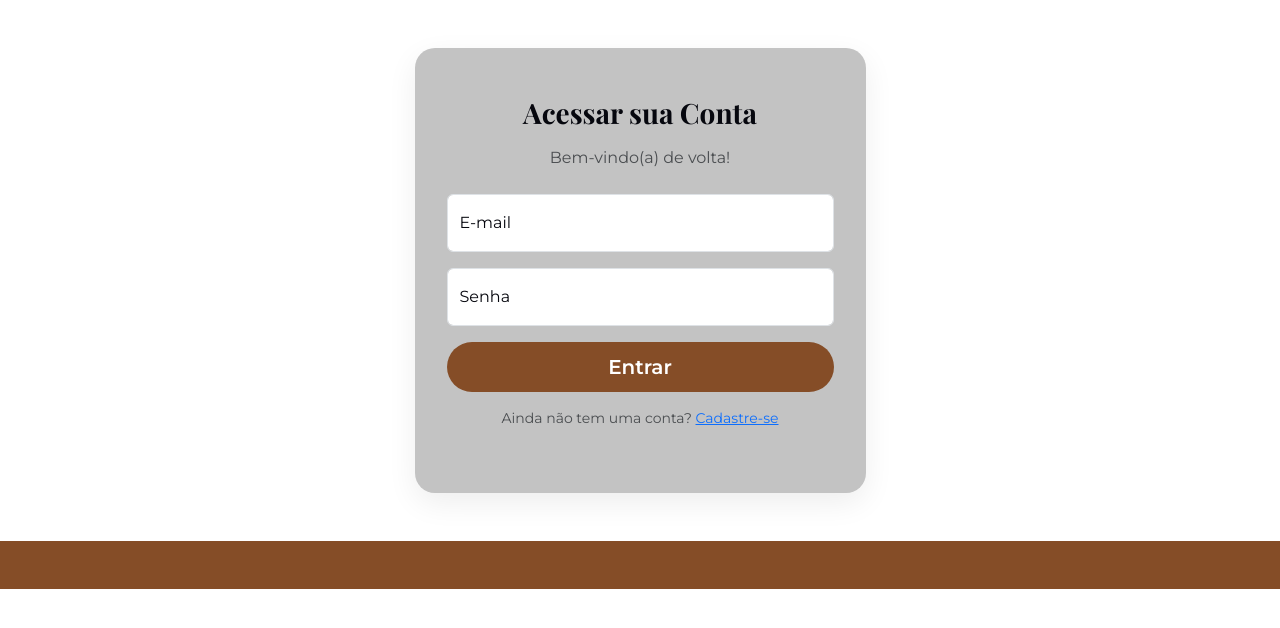
Repository: Lucascsg/projeto-anasouza-frontend
Page: login.html
An editor plug-in stored every save of this project. The page is shown before and after the next save, followed by the edit.
The browser window is 1280 px wide. The pictures show the whole page.

Above is the page before, as saved 2025-10-21 22:18:32.

### login.html
<!DOCTYPE html>
<html lang="pt-br">
<head>
    <meta charset="UTF-8">
    <meta name="viewport" content="width=device-width, initial-scale=1.0">
    <title>Login - Ana Souza</title>
    <link href="https://cdn.jsdelivr.net/npm/bootstrap@5.3.2/dist/css/bootstrap.min.css" rel="stylesheet">
    <link rel="stylesheet" href="css/style.css">
    <link rel="stylesheet" href="https://cdn.jsdelivr.net/npm/bootstrap-icons@1.11.1/font/bootstrap-icons.css">
    <link rel="preconnect" href="https://fonts.googleapis.com">
    <link rel="preconnect" href="https://fonts.gstatic.com" crossorigin>
    <link href="https://fonts.googleapis.com/css2?family=Montserrat:wght@400;500;600&family=Playfair+Display:wght@700&family=Great+Vibes&display=swap" rel="stylesheet">
</head>
<body class="bg-white-page">

    <header>
        </header>

    <main class="container my-5">
        <div class="row justify-content-center">
            <div class="col-lg-5 col-md-8">
                <div class="form-container section-card">
                    <div class="text-center mb-4">
                        <h1 class="h3 mb-3 fw-bold">Acessar sua Conta</h1>
                        <p class="text-muted">Bem-vindo(a) de volta!</p>
                    </div>
                    <form id="login-form">
                        <div class="form-floating mb-3">
                            <input type="email" class="form-control" id="email" placeholder="nome@exemplo.com" required>
                            <label for="email">E-mail</label>
                        </div>
                        <div class="form-floating mb-3">
                            <input type="password" class="form-control" id="senha" placeholder="Senha" required>
                            <label for="senha">Senha</label>
                        </div>
                        <div class="d-grid mb-3">
                            <button class="btn btn-custom-primary btn-lg" type="submit">Entrar</button>
                        </div>
                        <p class="text-center text-muted small">
                            Ainda não tem uma conta? <a href="cadastro.html">Cadastre-se</a>
                        </p>
                    </form>
                </div>
            </div>
        </div>
    </main>

    <footer class="py-4 footer-custom">
        </footer>

    <script src="https://cdn.jsdelivr.net/npm/bootstrap@5.3.2/dist/js/bootstrap.bundle.min.js"></script>
    </body>
</html>

### css/style.css
/* =================================== */
/* VARIÁVEIS GLOBAIS E ESTILOS BASE    */
/* =================================== */
:root {
    /* Sua paleta de cores (mantive suas últimas alterações) */
    --cor-base-escura: #854D27;
    --cor-acao-vibrante: #854D27;
    --cor-detalhe-quente: #29524A;
    --cor-texto-escuro: #06070E;

    /* Cores Neutras e de Fundo */
    --cor-fundo-claro: #F8F5F2;
    --cor-texto-claro: #FFFFFF;
}

body {
    font-family: 'Montserrat', sans-serif;
    background-color: #B16262;
    color: var(--cor-texto-escuro);
}

/* Estilo para páginas com fundo branco específico */
body.bg-white-page {
    background-color: #FFFFFF;
}

h1, h2, h3, h4, h5, h6 {
    font-family: 'Playfair Display', serif;
    color: var(--cor-detalhe-quente);
}

/* =================================== */
/* ESTILOS DA BARRA DE NAVEGAÇÃO       */
/* =================================== */
.navbar-custom {
    background-color: var(--cor-base-escura);
}
/* ... (O resto dos estilos da navbar e do logo permanecem como você enviou) ... */
.navbar-brand.logo-text {
    display: flex;
    flex-direction: column;
    justify-content: center;
    padding: 0;
    position: relative;
    top: 2px;
}
.navbar-brand div {
    font-family: 'Great Vibes', cursive;
    font-size: 2.2rem;
    color: #FFD972 !important;
    line-height: 1;
    font-weight: normal;
}
.navbar-brand .logo-subtitle {
    font-family: 'Montserrat', sans-serif;
    font-size: 0.6rem;
    text-transform: uppercase;
    letter-spacing: 0.1em;
    display: block;
    opacity: 0.9;
    color: #FFD972;
    margin-top: -5px;
}
/* ... (outros estilos da navbar que você enviou) ... */
.navbar-custom .navbar-brand img {
    height: 40px;
}
.navbar-custom .nav-link {
    color: var(--cor-texto-claro);
    font-weight: 500;
    text-transform: uppercase;
    font-size: 0.9rem;
    padding: 0.5rem 1rem;
    transition: opacity 0.3s;
}
.navbar-custom .nav-link:hover {
    opacity: 0.8;
}
.navbar-icons a {
    color: var(--cor-texto-claro);
    font-size: 1.2rem;
    transition: opacity 0.3s;
}
.navbar-icons a:hover {
    opacity: 0.8;
}


/* =================================== */
/* ESTILOS DA SEÇÃO HERO (IMAGEM)      */
/* =================================== */
#hero {
    position: relative;
    height: 90vh;
    width: 100%;
    display: flex;
    align-items: center;
    justify-content: center;

    /* --- ATUALIZAÇÃO PARA IMAGEM DE FUNDO --- */
    background: url('../imagens/hero-background.jpg') no-repeat center center/cover;
}

#hero::after {
    content: '';
    position: absolute;
    top: 0;
    left: 0;
    width: 100%;
    height: 100%;
    background: rgba(0, 0, 0, 0.6);
    z-index: 1;
}

#hero .hero-content {
    position: relative;
    z-index: 2;
}

#hero .hero-content h1 {
    font-weight: 700;
    color: var(--cor-texto-claro);
}

#hero .hero-content .btn {
    border-radius: 50px;
    padding: 12px 30px;
    font-weight: 600;
}


/* ... (O resto do seu CSS continua exatamente como você enviou) ... */

/* =================================== */
/* ESTILOS GERAIS DAS SEÇÕES           */
/* =================================== */
section h2 {
    color: var(--cor-detalhe-quente);
    margin-bottom: 1rem;
}

/* =================================== */
/* ESTILOS DA SEÇÃO DE PRODUTOS        */
/* =================================== */
.product-card {
    border: none;
    border-radius: 15px;
    box-shadow: 0 4px 15px rgba(0, 0, 0, 0.08);
    transition: all 0.3s ease-in-out;
}
.product-card:hover {
    transform: translateY(-8px);
    box-shadow: 0 8px 25px rgba(0, 0, 0, 0.12);
}
.product-card .card-title {
    color: var(--cor-texto-escuro);
    font-weight: 600;
}
.product-card .btn {
    border-radius: 50px;
    padding: 8px 25px;
    font-weight: 500;
    border-color: var(--cor-base-escura);
    color: var(--cor-base-escura);
}
.product-card .btn:hover {
    background-color: var(--cor-base-escura);
    color: white;
}

/* =================================== */
/* ESTILOS DA SEÇÃO DE BLOG            */
/* =================================== */
.btn-custom-primary {
    background-color: var(--cor-acao-vibrante);
    color: white;
    border: none;
    border-radius: 50px;
    padding: 10px 30px;
    font-weight: 600;
    transition: all 0.3s;
}
.btn-custom-primary:hover {
    background-color: var(--cor-acao-vibrante);
    color: white;
    opacity: 0.9;
    transform: translateY(-2px);
}
#blog img {
    border-radius: 15px;
}

/* =================================== */
/* ESTILOS DO RODAPÉ (FOOTER)          */
/* =================================== */
.footer-custom {
    background-color: var(--cor-base-escura);
}
.footer-custom a {
    text-decoration: none;
    transition: opacity 0.3s;
}
.footer-custom a:hover {
    opacity: 0.8;
}

/* =================================== */
/* ESTILO DE SEÇÃO EM FORMATO DE CARD  */
/* =================================== */

.section-card {
    background-color: #c3c3c3; /* Fundo branco para o card */
    padding: 3rem 2rem;        /* Espaçamento interno generoso */
    border-radius: 20px;       /* As pontas curvadas que você pediu */
    box-shadow: 0 10px 30px rgba(0, 0, 0, 0.07); /* Sombra sutil para "flutuar" */
}

/* =================================== */
/* Estilos da Página de Produto        */
/* =================================== */

.product-price {
    color: var(--cor-detalhe-quente); /* Usando o verde/marrom dos títulos */
    font-weight: 600;
}

/* =================================== */
/* Estilos da Personalização de Cor    */
/* =================================== */

.seletor-cor {
    width: 32px;
    height: 32px;
    border-radius: 50%; /* Deixa o elemento redondo */
    border: 2px solid #eee;
    cursor: pointer;
    margin-right: 10px;
    margin-bottom: 10px;
    transition: transform 0.2s ease-in-out;
    background-size: cover;
    background-position: center;
}

.seletor-cor:hover {
    transform: scale(1.1); /* Efeito de zoom no hover */
}

/* Estilo para o seletor de cor que está ativo/selecionado */
.seletor-cor.active {
    border-color: var(--cor-base-escura); /* Usa a cor da navbar para destacar */
    box-shadow: 0 0 8px rgba(0, 0, 0, 0.3);
}

/* ============================================= */
/* REFINAMENTO DA PÁGINA DE POST (LEIA MAIS)     */
/* ============================================= */

/* 1. Controlando o tamanho da imagem de destaque */
#post-imagem {
    max-height: 450px; /* Define uma altura máxima para a imagem */
    width: 100%;
    object-fit: cover;   /* Garante que a imagem cubra o espaço sem distorcer */
    border-radius: 15px; /* Bordas mais suaves, combinando com o resto do site */
}

/* 2. Ajustando o Título e a Data */
#post-titulo {
    margin-top: 2.5rem; /* Adiciona mais espaço acima do título */
}

#post-data {
    font-size: 0.8rem;
    text-transform: uppercase;
    letter-spacing: 0.05em; /* Espaçamento entre as letras para um look mais "design" */
}

/* 3. Melhorando a legibilidade do texto do artigo */
#post-conteudo p {
    font-size: 1.1rem;      /* Aumenta um pouco o tamanho da fonte para leitura */
    line-height: 1.8;       /* Aumenta o espaçamento entre as linhas, essencial para textos longos */
    color: #343a40;         /* Um cinza mais escuro para melhor contraste e conforto visual */
}

/* Estilo para os cards de resumo na página de agradecimento */
.summary-item-card {
    background-color: #c3c3c3 !important; /* O cinza que você usou nos section-cards */
    border: none;
    color: var(--cor-texto-escuro); /* Garante que o texto dentro seja escuro */
}

After the next save:
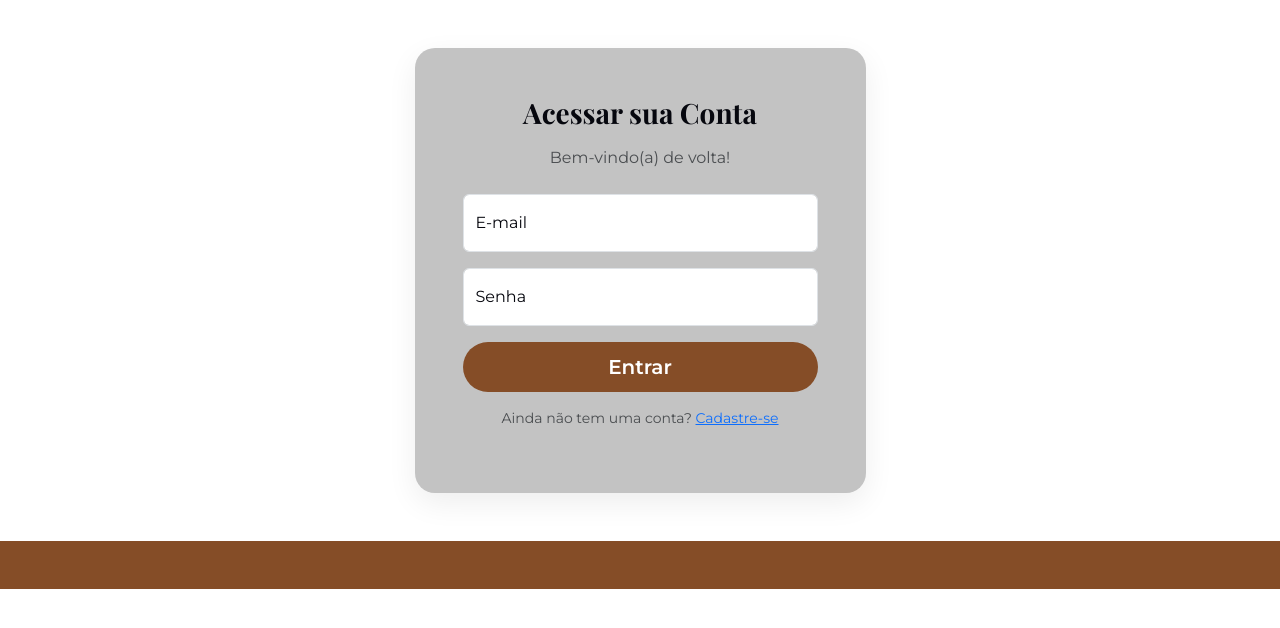
Saved 40 s later.
--- a/css/style.css
+++ b/css/style.css
@@ -287,3 +287,16 @@ section h2 {
     border: none;
     color: var(--cor-texto-escuro); /* Garante que o texto dentro seja escuro */
 }
+
+/* =================================== */
+/* Estilos para Formulários de Login/Cadastro */
+/* =================================== */
+.form-container {
+    padding: 2rem;
+}
+
+@media (min-width: 768px) {
+    .form-container {
+        padding: 3rem;
+    }
+}
